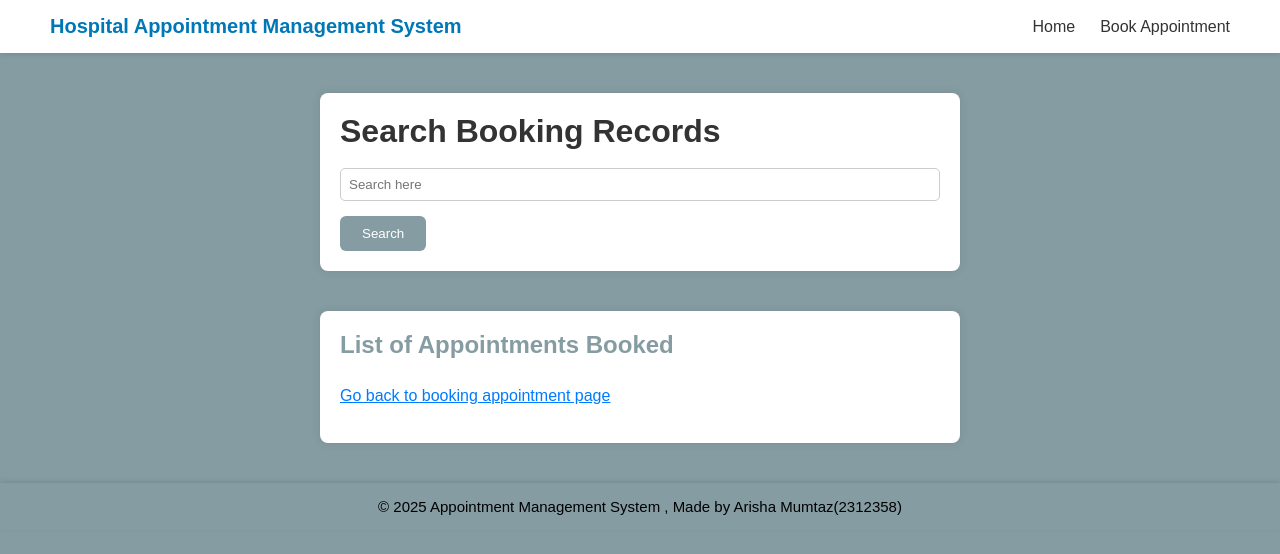
Repository: Arisha004/hospital-management-midterm-
Page: http://localhost/list.php
An editor plug-in stored every save of this project. The page is shown before and after the next save, followed by the edit.
The browser window is 1280 px wide. The pictures show the whole page.
The page is run by PHP 8.4 with error messages shown; the project is at /var/www/html/. Queries for data that is not in the repository find no rows.

Above is the page before, as saved 2025-11-02 20:04:01.

### list.php
<?php
include 'db.php';
$sql="select * from appointments";
$result=$conn->query($sql);


?>

<?php
include 'db.php';
  if(isset($_GET['search'])){
    $filteredvalues=$_GET['search'];
    $sql = "SELECT * FROM appointments
        WHERE full_name LIKE '%$filteredvalues%'";
    $result=$conn->query($sql);

    }


?>
<html>
<head>
    <title>Document</title>
  <link rel="stylesheet" href="style2.css">
  <style>
    table{
    width: 100%;
    border-collapse: collapse;
    justify-content: center;
    margin-top: 20px;

  }
  h2{
    text-align: left;
    margin-bottom: 10px;
  }

  th, td {
    padding: 12px;
    text-align: left;
    border: 1px solid black;
  }
  tr:hover {background-color: #f1f1f1;}
a{
  color: #007bff;
}

  </style>


</head>
<body>
  <header class="navbar">
    <div class="logo">Hospital Appointment Management System</div>
    <nav>
      <ul>
           <li><a href="landingpage.html">Home</a></li>
          <li><a href="index.php">Book Appointment</a></li>


         </ul>
    </nav>
  </header>


        <form action="" method="get">
<div class="container1">
    <h1>Search Booking Records </h1> <br>


    <input type="text" name="search" required value="<?php if(isset($_GET['search'])){
    echo $_GET['search'];
}?>" placeholder="Search here">
    <button type="submit">Search</button>

</div>
</form>

      <div class="container1">
    <h2>List of Appointments Booked</h2><br>

    <p><a href="index.php"> Go back to booking appointment page</a></p><br>


   <?php


if (isset($result) && $result->num_rows > 0){

echo "<table border='1' cellpadding='10'>";
  echo   "<tr>
    <th>ID</th>
    <th>Name</th>
    <th>Email</th>

    <th>Action</th>

    </tr>";
  while($items = $result->fetch_assoc()) {


        echo "<tr>";

    echo "<td>".$items["id"]."</td>";
    echo "<td>".$items["full_name"]."</td>";
    echo "<td>".$items["email"]."</td>";
      echo "<td><a href='detail.php?id=$items[id]'>More Info</a><br><br>
    <a href='update.php?id=$items[id]'>Update</a><br><br>
    <a href='delete.php?id=$items[id]'>Delete</a>
    </td>";

       echo "</tr>";

        }

    echo "</table>";
   }
    elseif (isset($_GET['search'])){
      echo "<br>";
      echo "No Record Found";
    }





?>

</div>
 <footer>
    <p>© 2025 Appointment Management System , Made by Arisha Mumtaz(2312358)</p>
  </footer>
</body>
</html>

### db.php
<?php

$servername = "localhost";
$username = "root";
$password = "";
$dbname="midterm";
/*$conn  a variable that holds the database connection.
new mysqli creates a new connection to your MySQL database.*/
$conn=new mysqli($servername, $username, $password,$dbname);
if($conn->connect_error){
    die("Connection failed: " . $conn->connect_error);
}


?>

### style2.css
  /* Reset and fonts */
* {
  margin: 0;
  padding: 0;
  box-sizing: border-box;
  font-family: 'Poppins', sans-serif;
}

body {
  background: #869CA3;
  color: #333;
}
  .container1 { width: 50%; margin: 40px auto; background: #fff; padding: 20px; border-radius: 8px; box-shadow: 0 0 10px rgba(0,0,0,0.1); }
  h2 { text-align: center; color: #869CA3; }
  label { font-weight: bold; display: block; margin-bottom: 5px; }
  input, select, textarea {
      width: 100%;
      padding: 8px;
      margin-bottom: 15px;
      border: 1px solid #ccc;
      border-radius: 5px;
  }
 /* Footer */
footer {
  text-align: center;
  padding: 15px;
  background-color:#869CA3;
        color: black;
  box-shadow: 0 -2px 5px rgba(0,0,0,0.1);
  font-size: 15px;

}
label span {
  color: red;
}

/* Navbar */
.navbar {
  display: flex;
  justify-content: space-between;
  align-items: center;
  padding: 15px 50px;
  background: #fff;
  box-shadow: 0 2px 5px rgba(0,0,0,0.1);
  position: sticky;
  top: 0;
  z-index: 10;
}

.navbar .logo {
  font-weight: 700;
    font-size: 20px;
  color: #0077b6;
}

.navbar ul {
  display: flex;
  list-style: none;
}

.navbar ul li a {
  text-decoration: none;
  color: #333;
  margin-left: 25px;
  transition: 0.3s;
}

.navbar ul li a:hover {
  color: #0077b6;
}

  button{

  display: inline-block;
  background-color: #869CA3;
  color: #fff;
  padding: 10px 22px;
  border: none;
  border-radius: 6px;
  cursor: pointer;
  font-weight: 500;

  transition: 0.3s;
   text-align: center;
}

button:hover {
  background-color: #7498a3;
  transform: translateY(-2px);
}

  input[type=submit] {
      background-color: #007bff;
      color: white;
      border: none;
      padding: 10px 15px;
      cursor: pointer;
      border-radius: 5px;
  }
  input[type=submit]:hover {
      background-color: #0056b3;
  }
  select[name="status"] {
    background-color: #f8f9fa;
    color: #495057;
    padding: 8px;
    margin-bottom: 15px;
    border: 1px solid #ced4da;
    border-radius: 5px;
    width: 100%;
}

select[name="status"] option[value="Pending"] { color: #ffc107; }
select[name="status"] option[value="Confirmed"] { color: #28a745; }
select[name="status"] option[value="Cancelled"] { color: #dc3545; }
select[name="status"] option[value="Completed"] { color: #17a2b8; }

After the next save:
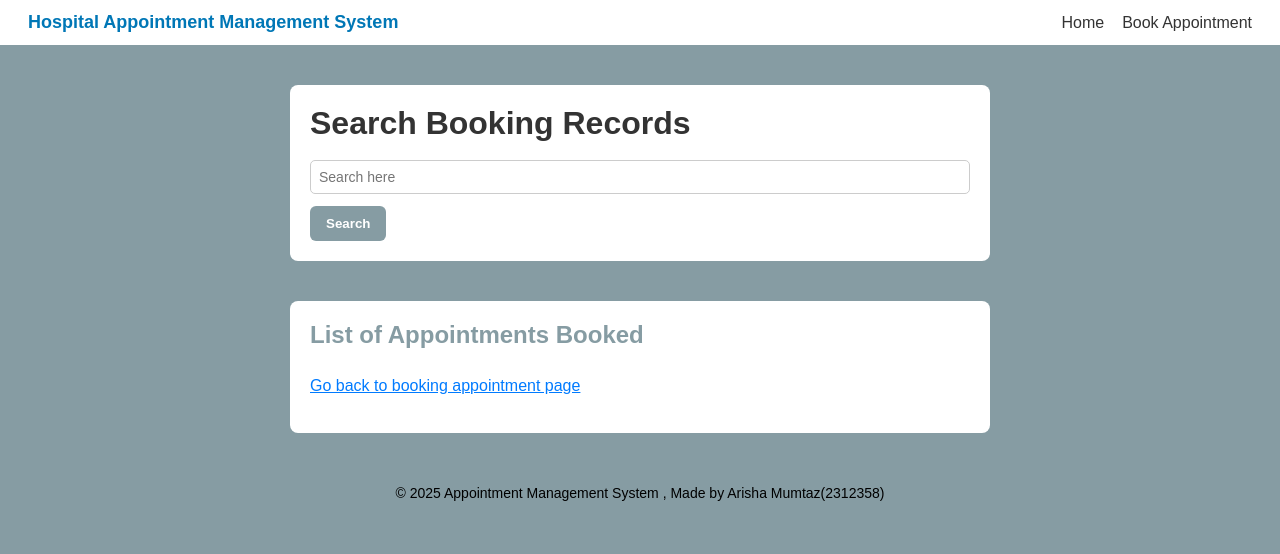
Saved 18 s later.
--- a/style2.css
+++ b/style2.css
@@ -1,4 +1,4 @@
-  /* Reset and fonts */
+/* Reset & base */
 * {
   margin: 0;
   padding: 0;
@@ -10,28 +10,54 @@ body {
   background: #869CA3;
   color: #333;
 }
-  .container1 { width: 50%; margin: 40px auto; background: #fff; padding: 20px; border-radius: 8px; box-shadow: 0 0 10px rgba(0,0,0,0.1); }
-  h2 { text-align: center; color: #869CA3; }
-  label { font-weight: bold; display: block; margin-bottom: 5px; }
-  input, select, textarea {
-      width: 100%;
-      padding: 8px;
-      margin-bottom: 15px;
-      border: 1px solid #ccc;
-      border-radius: 5px;
-  }
- /* Footer */
-footer {
+
+/* Main container for forms / content */
+.container1 {
+  width: 90%;
+  max-width: 700px;
+  margin: 40px auto;
+  background: #fff;
+  padding: 20px;
+  border-radius: 8px;
+}
+
+/* Headings */
+h2 {
   text-align: center;
-  padding: 15px;
-  background-color:#869CA3;
-        color: black;
-  box-shadow: 0 -2px 5px rgba(0,0,0,0.1);
-  font-size: 15px;
+  color: #869CA3;
+  margin-bottom: 15px;
+}
 
+/* Labels */
+label {
+  display: block;
+  font-weight: 600;
+  margin-bottom: 6px;
 }
-label span {
-  color: red;
+label span { color: red; } /* required star */
+
+/* Form fields */
+input, select, textarea {
+  width: 100%;
+  padding: 8px;
+  margin-bottom: 12px;
+  border: 1px solid #ccc;
+  border-radius: 5px;
+  font-size: 14px;
+}
+
+/* Buttons */
+button, input[type="submit"] {
+  background-color: #869CA3;
+  color: #fff;
+  padding: 10px 16px;
+  border: none;
+  border-radius: 6px;
+  cursor: pointer;
+  font-weight: 600;
+}
+button:hover, input[type="submit"]:hover {
+  background-color: #7498a3;
 }
 
 /* Navbar */
@@ -39,78 +65,38 @@ label span {
   display: flex;
   justify-content: space-between;
   align-items: center;
-  padding: 15px 50px;
+  padding: 12px 28px;
   background: #fff;
-  box-shadow: 0 2px 5px rgba(0,0,0,0.1);
   position: sticky;
   top: 0;
   z-index: 10;
 }
 
 .navbar .logo {
+  font-size: 18px;
   font-weight: 700;
-    font-size: 20px;
   color: #0077b6;
 }
 
 .navbar ul {
   display: flex;
   list-style: none;
+  gap: 18px;
 }
 
-.navbar ul li a {
+.navbar a {
   text-decoration: none;
   color: #333;
-  margin-left: 25px;
-  transition: 0.3s;
 }
 
-.navbar ul li a:hover {
-  color: #0077b6;
+/* Footer */
+footer {
+  text-align: center;
+  padding: 12px;
+  background-color: #869CA3;
+  color: black;
+  font-size: 14px;
 }
 
-  button{
-
-  display: inline-block;
-  background-color: #869CA3;
-  color: #fff;
-  padding: 10px 22px;
-  border: none;
-  border-radius: 6px;
-  cursor: pointer;
-  font-weight: 500;
-
-  transition: 0.3s;
-   text-align: center;
-}
-
-button:hover {
-  background-color: #7498a3;
-  transform: translateY(-2px);
-}
-
-  input[type=submit] {
-      background-color: #007bff;
-      color: white;
-      border: none;
-      padding: 10px 15px;
-      cursor: pointer;
-      border-radius: 5px;
-  }
-  input[type=submit]:hover {
-      background-color: #0056b3;
-  }
-  select[name="status"] {
-    background-color: #f8f9fa;
-    color: #495057;
-    padding: 8px;
-    margin-bottom: 15px;
-    border: 1px solid #ced4da;
-    border-radius: 5px;
-    width: 100%;
-}
-
-select[name="status"] option[value="Pending"] { color: #ffc107; }
-select[name="status"] option[value="Confirmed"] { color: #28a745; }
-select[name="status"] option[value="Cancelled"] { color: #dc3545; }
-select[name="status"] option[value="Completed"] { color: #17a2b8; }
+/* Status select small visual hints (kept simple) */
+select[name="status"] { background: #f8f9fa; }
